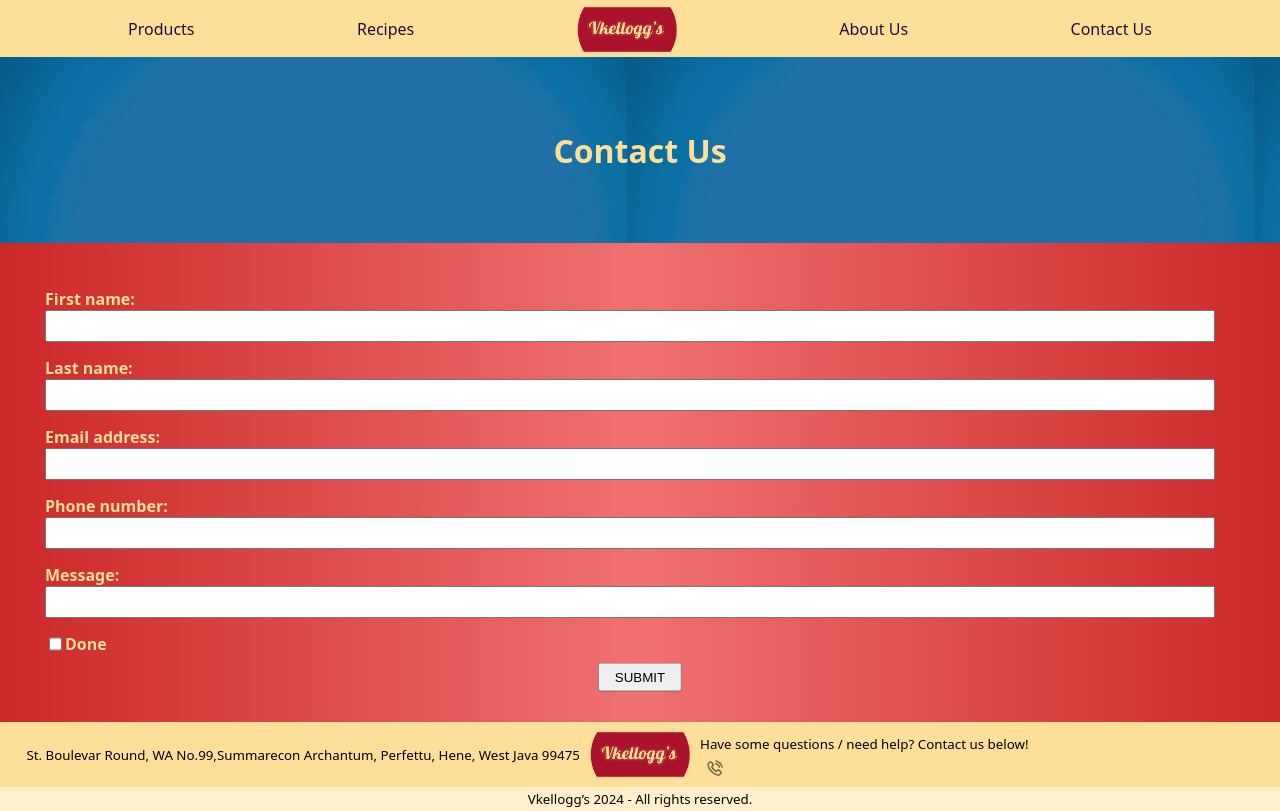
Repository: sugralld/VKelloggs
Page: Code and Assets/html/contactus.html
The author's editor kept a copy of each file at every save. The page is drawn from the files as they stood at one save, then again after the next save.
The browser window is 1280 px wide. The pictures show the whole page.

Above is the page before, as saved 2024-12-04 06:46:26.

### Code and Assets/html/contactus.html
<!DOCTYPE html>
<html lang="en">
<head>
    <meta charset="UTF-8">
    <meta name="viewport" content="width=device-width, initial-scale=1.0">
    <title>Contact Us | Vkellogg's</title>
    <link rel="stylesheet" href="../css/headerfooternavbar.css">
    <link rel="stylesheet" href="../css/contactus.css">
</head>
<body>
    <!-- header navigation -->
    <header>
        <nav>
            <div class="navbar-menu">
                <div><a class="navbar-link1" href="../html/products.html">Products</a></div>
                <div><a class="navbar-link2" href="../html/recipes.html">Recipes</a></div>
                <div class="navbar-link3"><a href="../html/homepage.html"><img src="../asset/Screenshot 2024-05-30 105858.png" width="100" height="45" alt=""></a></div>
                <div><a class="navbar-link4" href="../html/aboutus.html">About Us</a></div>
                <div><a class="navbar-link5" href="../html/contactus.html">Contact Us</a></div>
            </div>
        </nav>
    </header>

    <!-- Header Contact Us -->
    <div class="header">
        <h1>Contact Us</h1>
    </div>

    <!-- Form Contact Us -->
     <div class="form">
        <form action="" method = "post">
            <div class="formformat">
                <label for="firstname">First name: </label>
                <input type="text" name="firstname" id="firstname">
                <br>

                <label for="lastname">Last name: </label>
                <input type="text" name="lastname" id="lastname">
                <br>

                <label for="email">Email address: </label>
                <input type="text" name="email" id="email">
                <br>

                <label for="phonenum">Phone number: </label>
                <input type="text" name="phonenum" id="phonenum">
                <br>

                <label for="message">Message: </label>
                <input type="text" name="message" id="message">
                <br>

            </div>
            <div class="checkbox-container">
                <input type="checkbox" name="agreement" id="agreement">
                <label for="agreement">Done</label>
            </div>
            <br>
            <div class="button-container">
                <button type="button" onclick="validateData()">SUBMIT</button>
            </div>
        </form>
        <script src="../js/contactus.js"></script>
     </div>

     <!-- Footer -->
    <footer class="footer">
        <div class="upperfooter">
            <div class="footert1"><p>St. Boulevar Round, WA No.99,Summarecon Archantum, Perfettu, Hene, West Java 99475</p></div>
            <div class="footert2"><img src="../asset/Screenshot 2024-05-30 105858.png" width="100" height="45" alt=""></div>
            <div class="footert3">
                <p class="footert4">Have some questions / need help? Contact us below!</p>
                <a href="../html/contactus.html"><img src="../asset/image-removebg-preview (27).png" width="30" height="auto" alt=""></a>
            </div>
        </div>
        <div class="lowerfooter">
            <p class="textlowerfooter">Vkellogg’s 2024  -  All rights reserved.
            </p>
        </div>
     </footer>

</body>
</html>

### Code and Assets/css/headerfooternavbar.css
body {
    margin: 0;
    font-family: system-ui;
}

.navbar-menu{
    display: flex;
    justify-content: space-between;
    align-items: center;
    padding: 0px 10%;
    background-color: #FEDF99;
}

a:hover{
    background-color: #F5F5F5;
    border-radius: 30px;
    color: #CC2828;
}

.navbar-link1,.navbar-link2,.navbar-link4,.navbar-link5{
    font-family: system-ui;
    font-weight: 500;
    text-decoration: none;
    color: #230D3B;
}

.navbar-link3{
    display: block;
    margin-top: 0.7%;
    margin-bottom: 0px;
}

.footer{
    position: bot;
}

.upperfooter{
    display: flex;
    background-color: #FEDF99;
    justify-content: center;
    align-items: center;
}

.footert1,.footert3{
    padding: 0px 10px;
    display: block;
    width: 1200px;
    font-size: smaller;
}

.footert1{
    text-align: right;
}

.footert3{
    text-align: left;
}

.footert2{
    margin-top: 4px;
}

.lowerfooter{
    background-color: #FFEFCB;
    padding: 0;
    margin: 0px;
}

.textlowerfooter{
    margin: 0;
    padding: 3px;
    font-size: smaller;
    text-align: center;
}

.footert4{
    margin-bottom: 0;
}

### Code and Assets/css/contactus.css
.header{
    background-image: url(../asset/copydesktop-wallpaper-kellogg-s-frosted-flakes-breakfast-cereal-original-33-5-oz-box.jpg);
    display: block;
    padding: 50px;
    text-align: center;
    color: #FEDF99;
}

.form{
    margin: 0 auto;
    background: linear-gradient(0.25turn,#CC2828,#F07070,#CC2828);
    padding: 45px;
    font-weight: bold;
    color: #FEDF99;
}

.formformat label{
    display: block;
}

.formformat input[type="text"]{
    width: calc(100% - 20px);
    max-width: 100%;
    margin: 0 auto 15px;
    padding: 5px;
    box-sizing: border-box;
    font-family: Arial, sans-serif;
    font-size: 16px;
}

.checkbox-container{
    display: flex;
}

.button-container{
   text-align: centers;
   position: absolute;
   left: 50%;
   transform: translate(-50%, -50%);
 }

.button-container button{
   display: inline-block;
   padding: 5px 15px;
   background-color: ;
}

### Code and Assets/js/contactus.js
function wordLen(str) {
    const value = str.trim().split(/\s+/);
    return value.length;
}

function checkAlphaNum(password){
    var isAlpha = false;
    var isNum = false;
    for(let i=0; i<password.length; i++){
        if(isNaN(password[i])){
            isAlpha = true;
        }
        else{
            isNum = true;
        }

        if(isAlpha || isNum){
            return true;
        }
    }
    return false;
}


function validateData(){
    var firstname = document.getElementById("firstname");
    var lastname = document.getElementById("lastname");
    var email = document.getElementById("email");
    var phonenum = document.getElementById("phonenum");
    var message = document.getElementById("message");
    var agreement = document.getElementById("agreement");

    if(!checkAlphaNum(firstname.value)){
        alert("First name must be alphabet!");
    }
    else if(!checkAlphaNum(lastname.value)){
        alert("Last name must be alphabet!");
    }
    else if(!email.value.endsWith("@gmail.com")){
        alert("Email must end with '@gmail.com'!");
    }
    else if(!checkAlphaNum(phonenum.value)){
        alert("Phone number must be numeric!");
    }
    else if(wordLen(message.value)<5){
        alert("Message must be at least 5 words!");
    }
    else if(!agreement.checked){
        alert("'Done' checkbox must be checked!");
    }
    else{
        alert("Message Submitted.");
    }

}

After the next save:
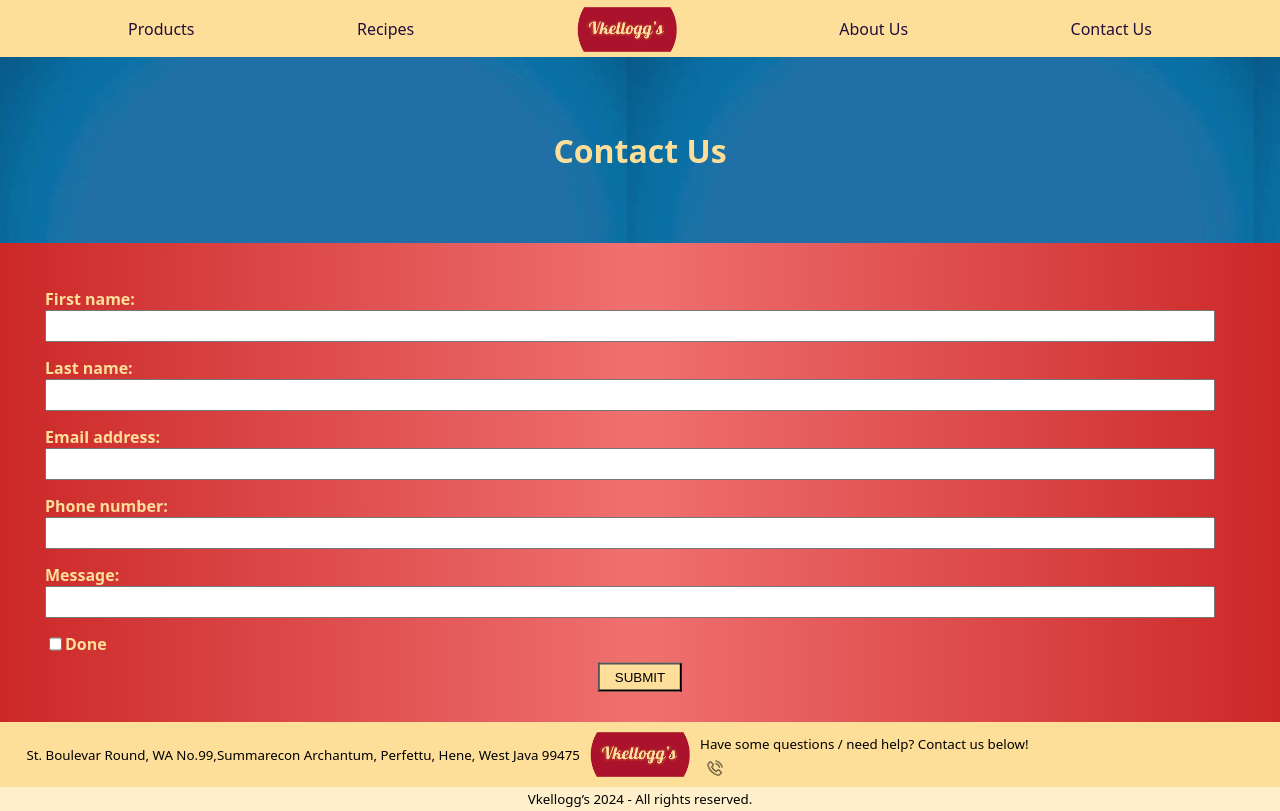
Saved 4 s later.
--- a/Code and Assets/css/contactus.css
+++ b/Code and Assets/css/contactus.css
@@ -42,5 +42,5 @@
 .button-container button{
    display: inline-block;
    padding: 5px 15px;
-   background-color: ;
+   background-color: #FEDF99;
 }
